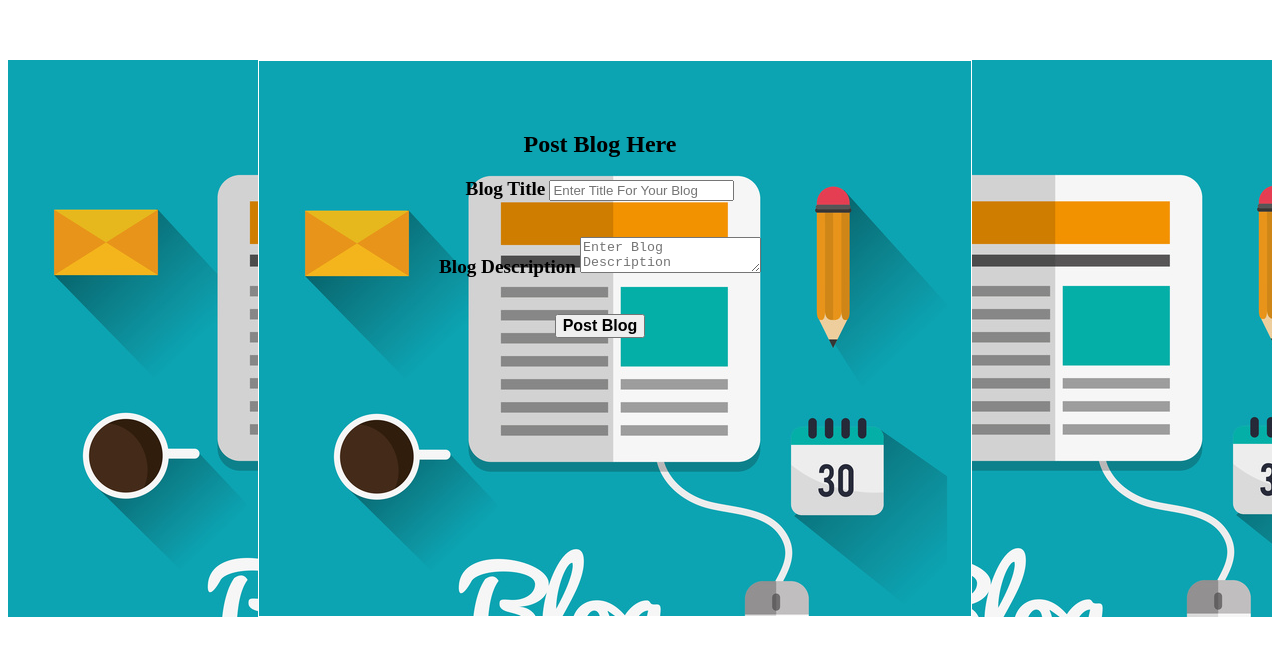
Repository: NeeleshPoojari/Project-2
Page: frontend_project2/WebContent/views/blogpostform.html
These files come from the project's save history. The page is drawn as it stood at one moment and after the next save; the edit follows.
The browser window is 1280 px wide. The pictures show the whole page.

Above is the page before, as saved 2017-07-18 05:32:29.

After the next save:
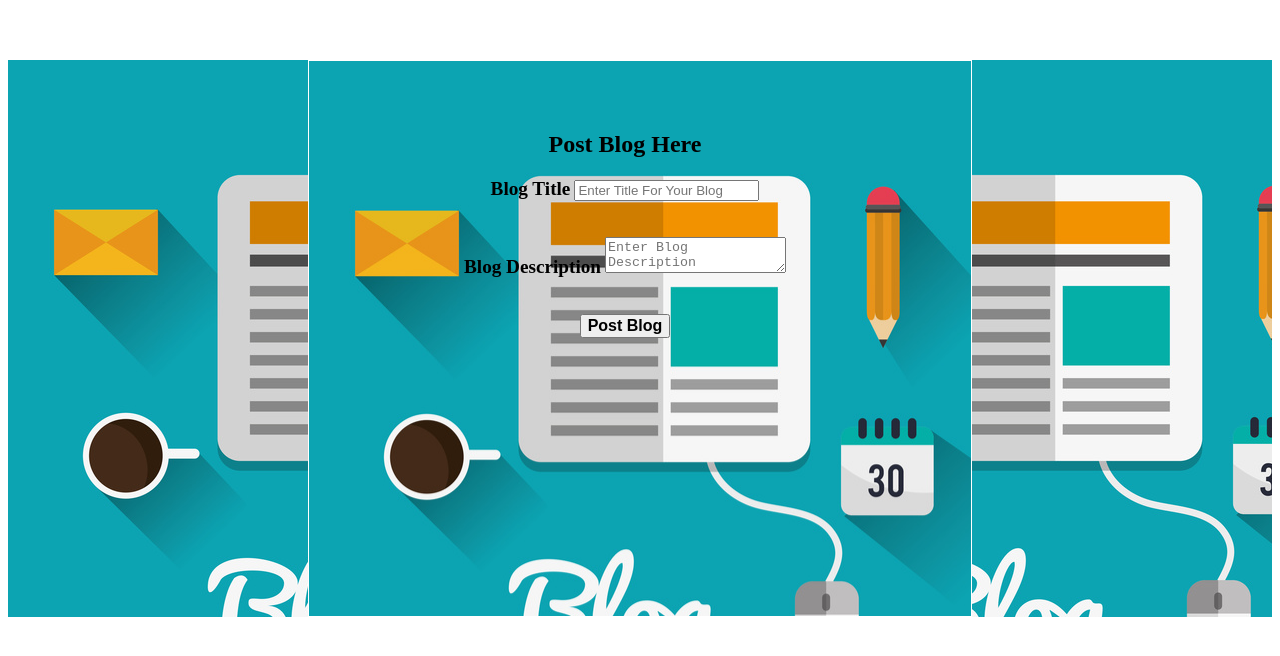
Saved 50 s later.
--- a/frontend_project2/WebContent/css/registrationform.css
+++ b/frontend_project2/WebContent/css/registrationform.css
@@ -5,6 +5,6 @@
 	padding-right: 50px;
 	padding-bottom: 100px;
 	padding-left: 20px;
-	margin-left: 250px;
+	margin-left: 300px;
 	margin-right: 300px;
 }
